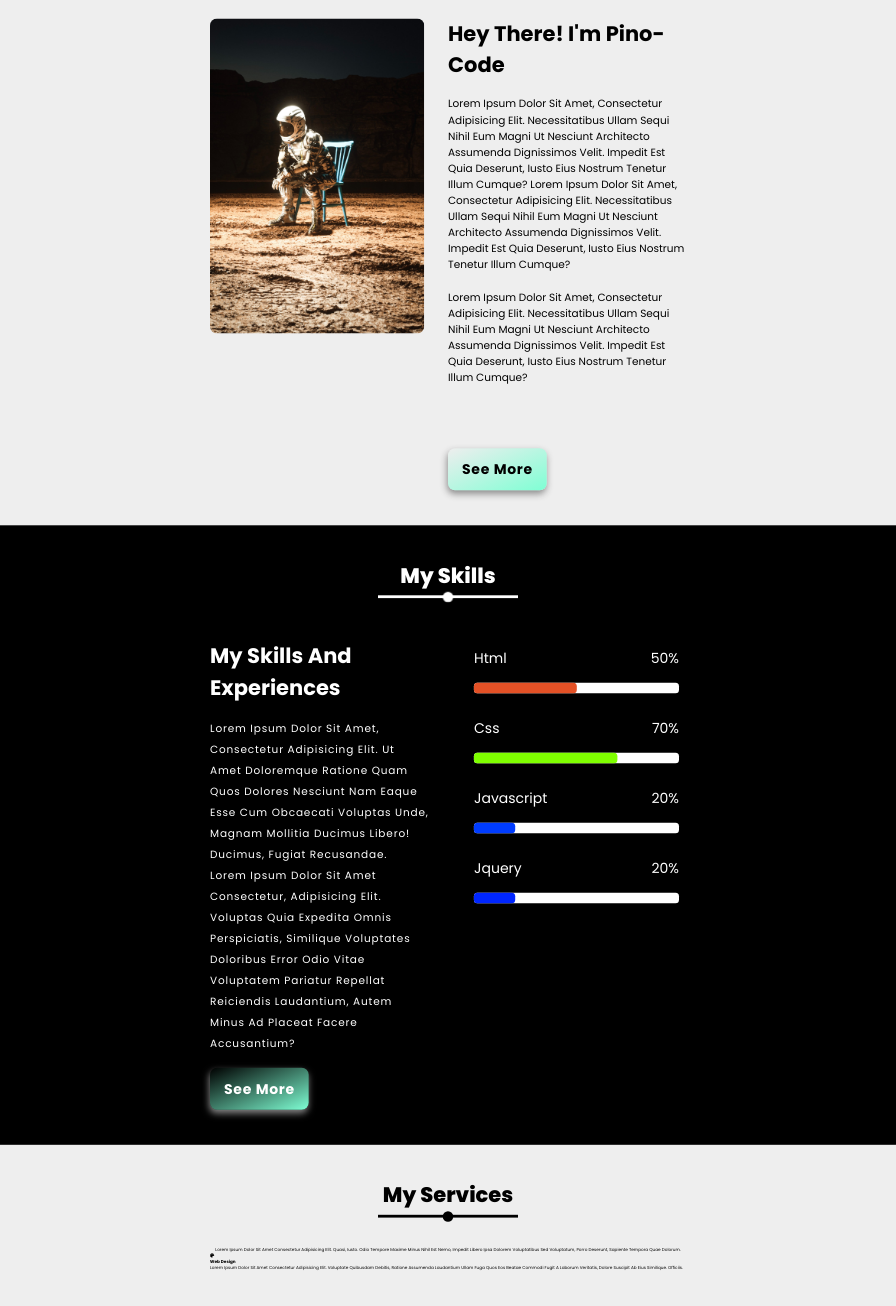
Repository: Pinocoding/New
Page: index.html
An editor plug-in stored every save of this project. The page is shown before and after the next save, followed by the edit.
The browser window is 1280 px wide. The pictures show the part of the page from y = 859 to 2779 px (the page is 2725 px tall before and 2779 px after), at 70% of full size.
Backgrounds fixed to the window are drawn as part of the page.

Above is the page before, as saved 2021-10-13 23:06:55.

After the next save:
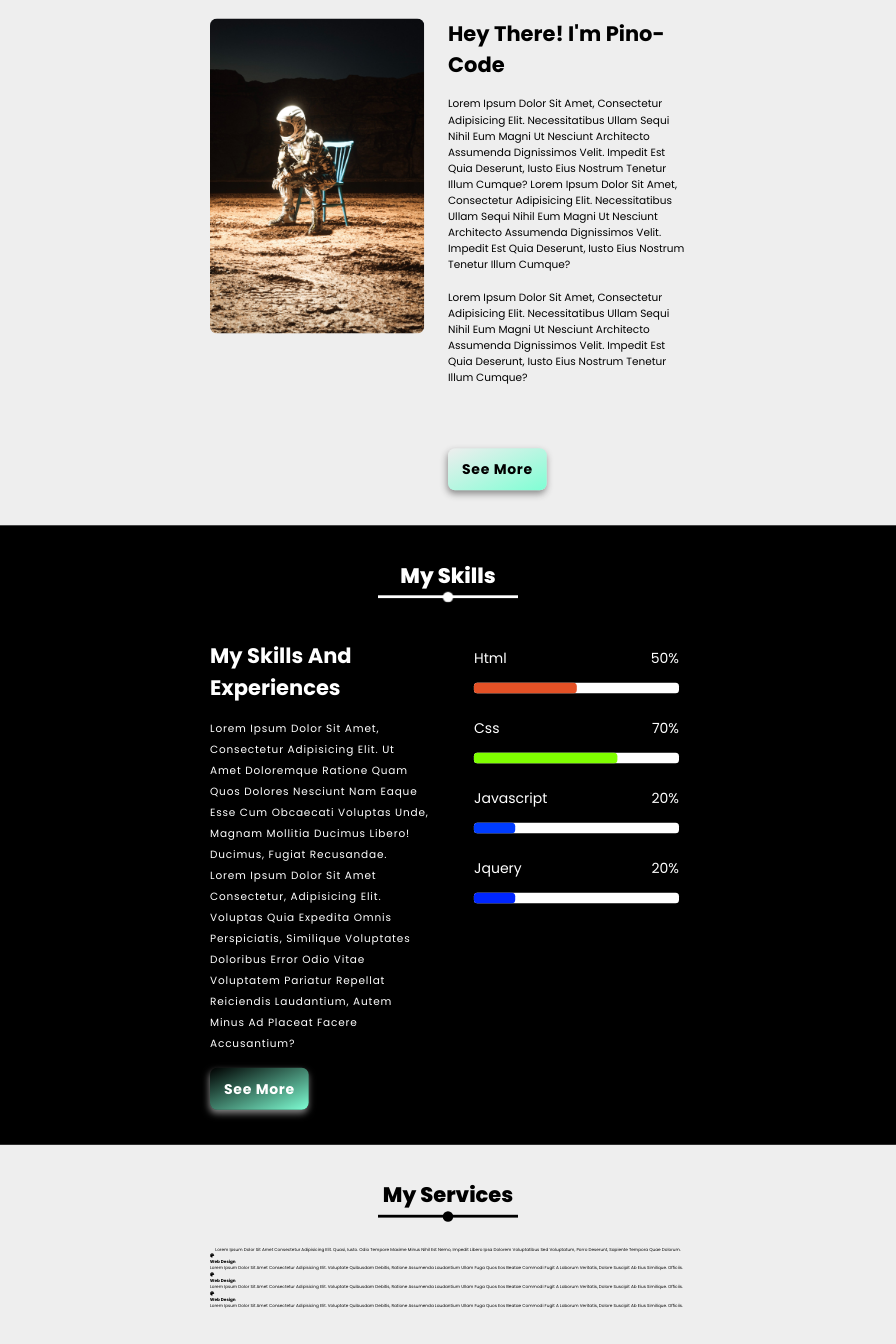
Saved 21 s later.
--- a/index.html
+++ b/index.html
@@ -145,6 +145,26 @@
       </div>
 
     </div>
+    <div class="card">
+      <div class="service-icon">
+        <i class='fas fa-palette'></i>
+      </div>
+      <div class="infor">
+        <h3>web design</h3>
+        <p>Lorem ipsum dolor sit amet consectetur adipisicing elit. Voluptate quibusdam debitis, ratione assumenda laudantium ullam fuga quos eos beatae commodi fugit a laborum veritatis, dolore suscipit ab eius similique. Officiis.</p>
+      </div>
+
+    </div>
+    <div class="card">
+      <div class="service-icon">
+        <i class='fas fa-palette'></i>
+      </div>
+      <div class="infor">
+        <h3>web design</h3>
+        <p>Lorem ipsum dolor sit amet consectetur adipisicing elit. Voluptate quibusdam debitis, ratione assumenda laudantium ullam fuga quos eos beatae commodi fugit a laborum veritatis, dolore suscipit ab eius similique. Officiis.</p>
+      </div>
+
+    </div>
   </div>
 
 
